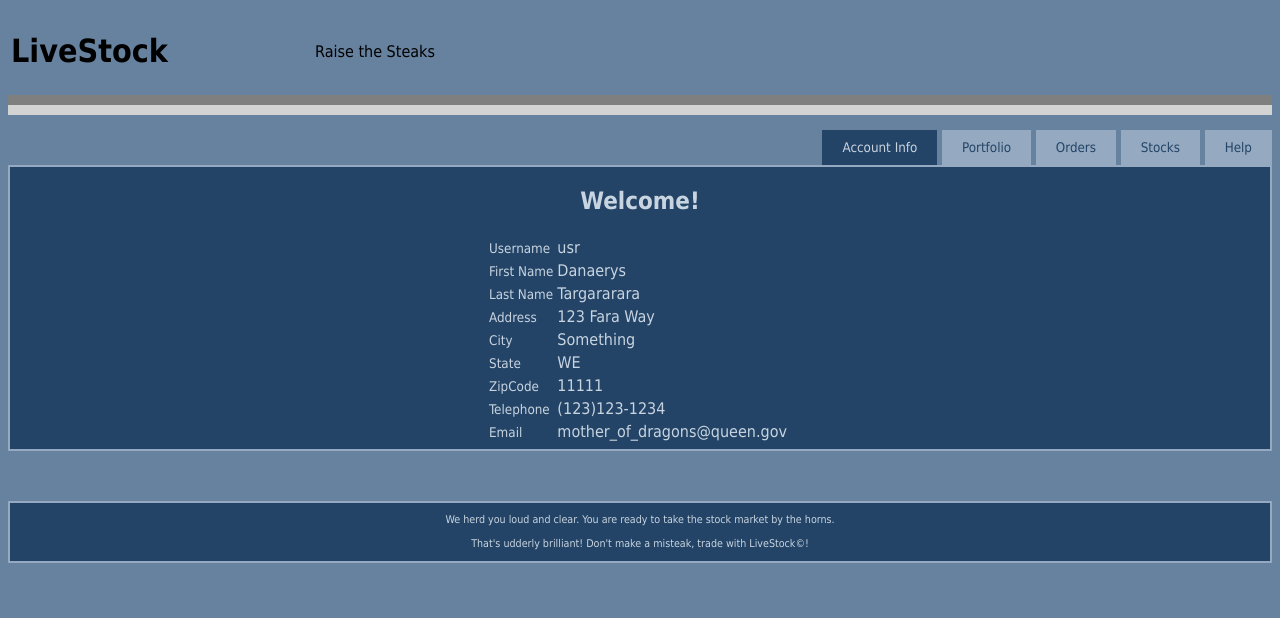
Repository: yastapova/live-stock
Page: LiveStockSite/WebContent/WEB-INF/cust_acc_info.html
These files come from the project's save history. The page is drawn as it stood at one moment and after the next save; the edit follows.
The browser window is 1280 px wide. The pictures show the whole page.

Above is the page before, as saved 2016-04-19 23:19:56.

After the next save:
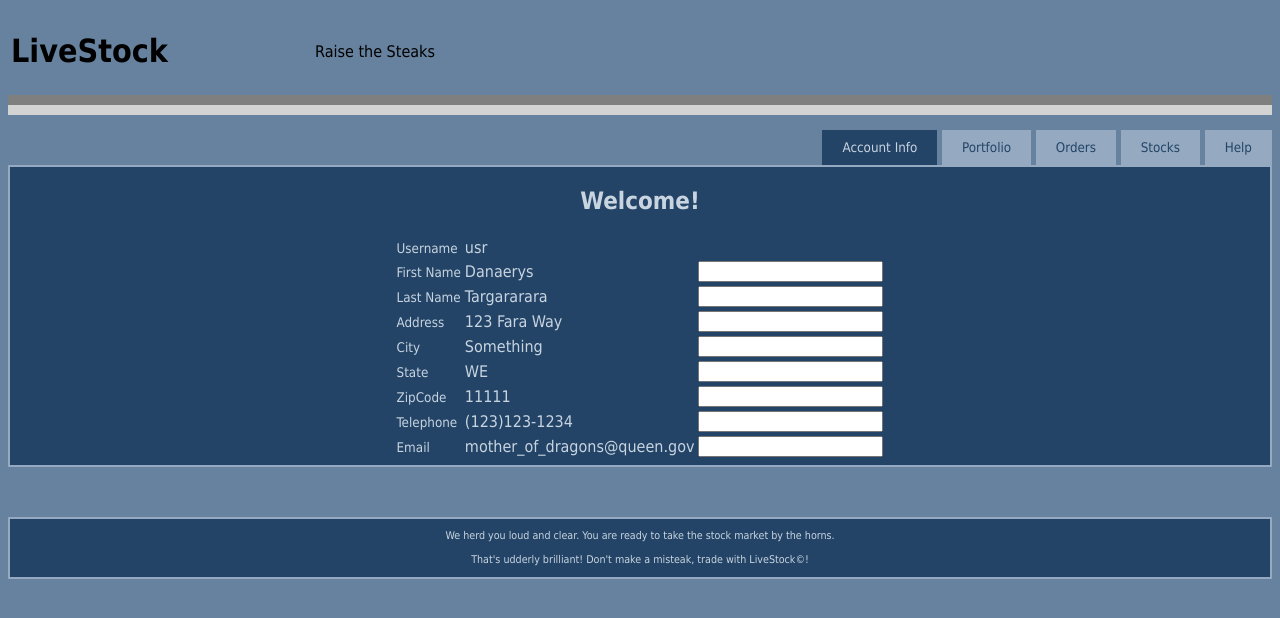
Saved 4 min 38 s later.
--- a/LiveStockSite/WebContent/WEB-INF/cust_acc_info.html
+++ b/LiveStockSite/WebContent/WEB-INF/cust_acc_info.html
@@ -33,42 +33,42 @@
 			<tr>
 				<td><span class="formlabel">First Name</span></td>
 				<td><span class="accinfo">Danaerys</span></td>
-				<td></td>
+				<td><input id="fname" name="first_name" type="text" /></td>
 			</tr>
 			<tr>
 				<td><span class="formlabel">Last Name</span></td>
 				<td><span class="accinfo">Targararara</span></td>
-				<td></td>
+				<td><input id="lname" name="last_name" type="text" /></td>
 			</tr>
 			<tr>
 				<td><span class="formlabel">Address</span></td>
 				<td><span class="accinfo">123 Fara Way</span></td>
-				<td></td>
+				<td><input id="addr" name="address" type="text" /></td>
 			</tr>
 			<tr>
 				<td><span class="formlabel">City</span></td>
 				<td><span class="accinfo">Something</span></td>
-				<td></td>
+				<td><input id="city" name="city" type="text" /></td>
 			</tr>
 			<tr>
 				<td><span class="formlabel">State</span></td>
 				<td><span class="accinfo">WE</span></td>
-				<td></td>
+				<td><input id="state" name="state" type="text" /></td>
 			</tr>
 			<tr>
 				<td><span class="formlabel">ZipCode</span></td>
 				<td><span class="accinfo">11111</span></td>
-				<td></td>
+				<td><input id="zip" name="zipcode" type="text" /></td>
 			</tr>
 			<tr>
 				<td><span class="formlabel">Telephone</span></td>
 				<td><span class="accinfo">(123)123-1234</span></td>
-				<td></td>
+				<td><input id="phone" name="phone" type="text" /></td>
 			</tr>
 			<tr>
 				<td><span class="formlabel">Email</span></td>
 				<td><span class="accinfo">mother_of_dragons@queen.gov</span></td>
-				<td></td>
+				<td><input id="email" name="email" type="text" /></td>
 			</tr>
 		</table>
 		</form>
